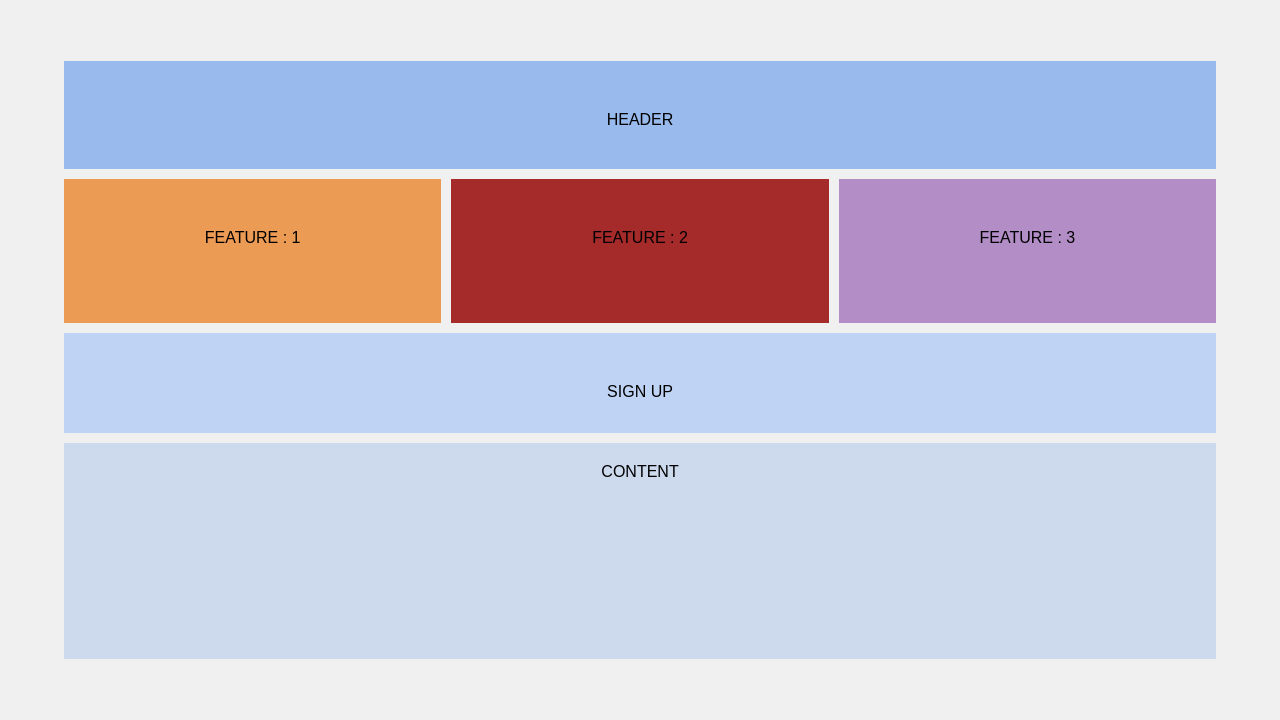
Repository: viveknaidu007/repo-152-FSD-InnomaticsTasksSep2024
Page: task_3/index.html
The author's editor kept a copy of each file at every save. The page is drawn from the files as they stood at one save, then again after a run of saves.
The browser window is 1280 px wide. The pictures show the whole page.

Above is the page before, as saved 2024-10-02 12:05:05.

After the next 2 saves:
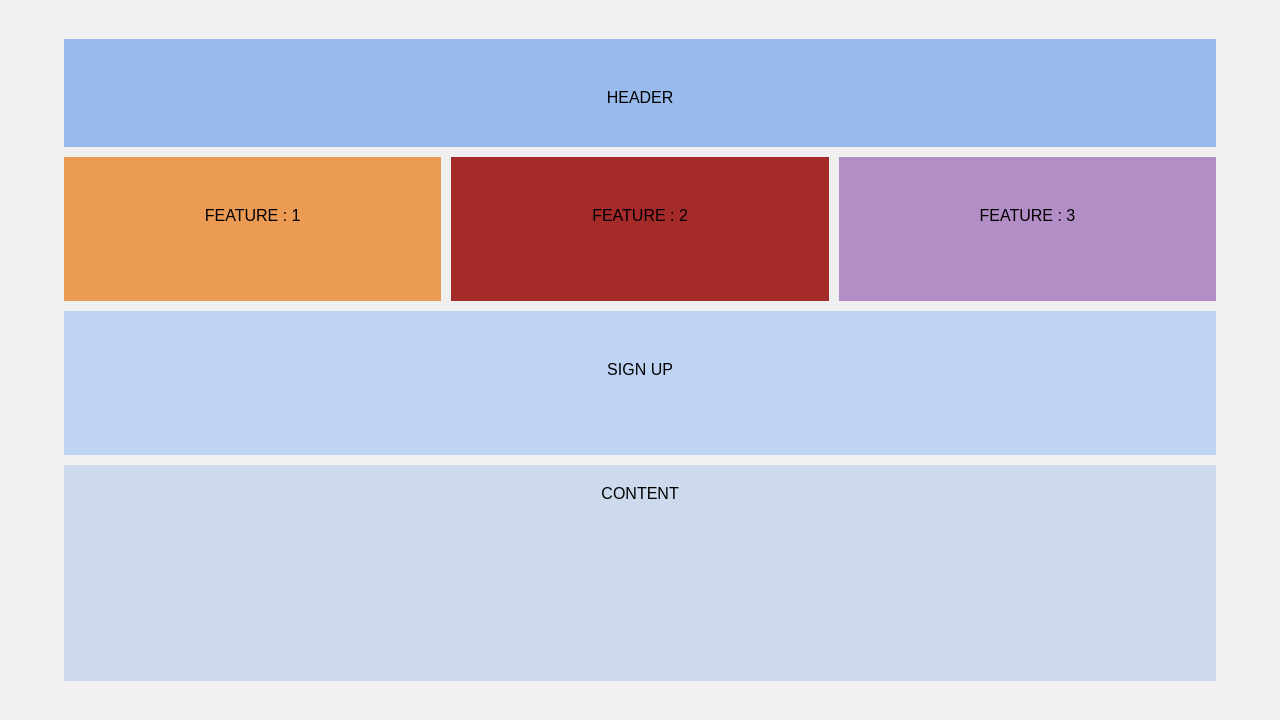
The 2 saves are shown as one change because they came seconds apart.
The last was saved 9 s later.
--- a/task_3/styles.css
+++ b/task_3/styles.css
@@ -36,7 +36,7 @@
     text-align: center;
     padding: 50px;
     text-decoration: solid;
-    height: 10vh;
+    height: 20vh;
   }
 
 
